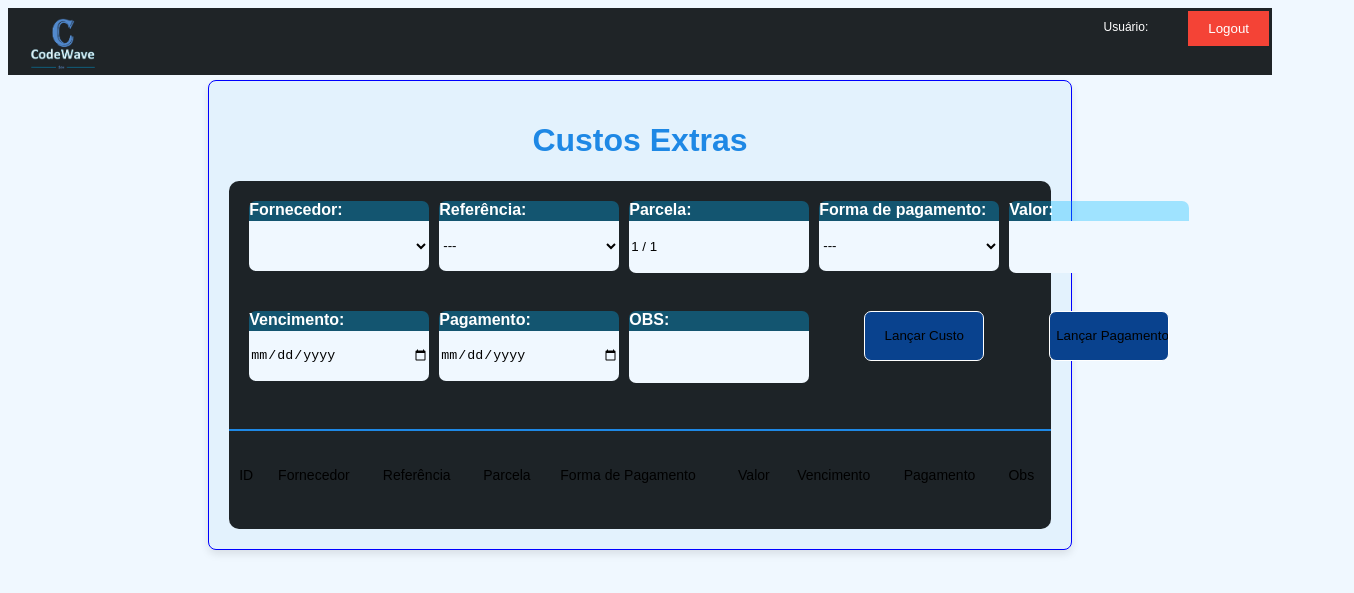
Repository: Romario-Brandao/CodeWave
Page: myproject/loja/templates/outras_despesas.html
These files come from the project's save history. The page is drawn as it stood at one moment and after the next save; the edit follows.
The browser window is 1280 px wide. The page is 1280 px wide, then 1354 px, so the pictures cover 1354 px, including what lies to the right of the window. The pictures show the whole page.
The template is drawn by Django 5.2. The application's start-up code is not run. The template is opened directly, without the code that normally fills it, so the values that code supplies are empty.

Above is the page before, as saved 2025-03-01 01:31:55.

After the next save:
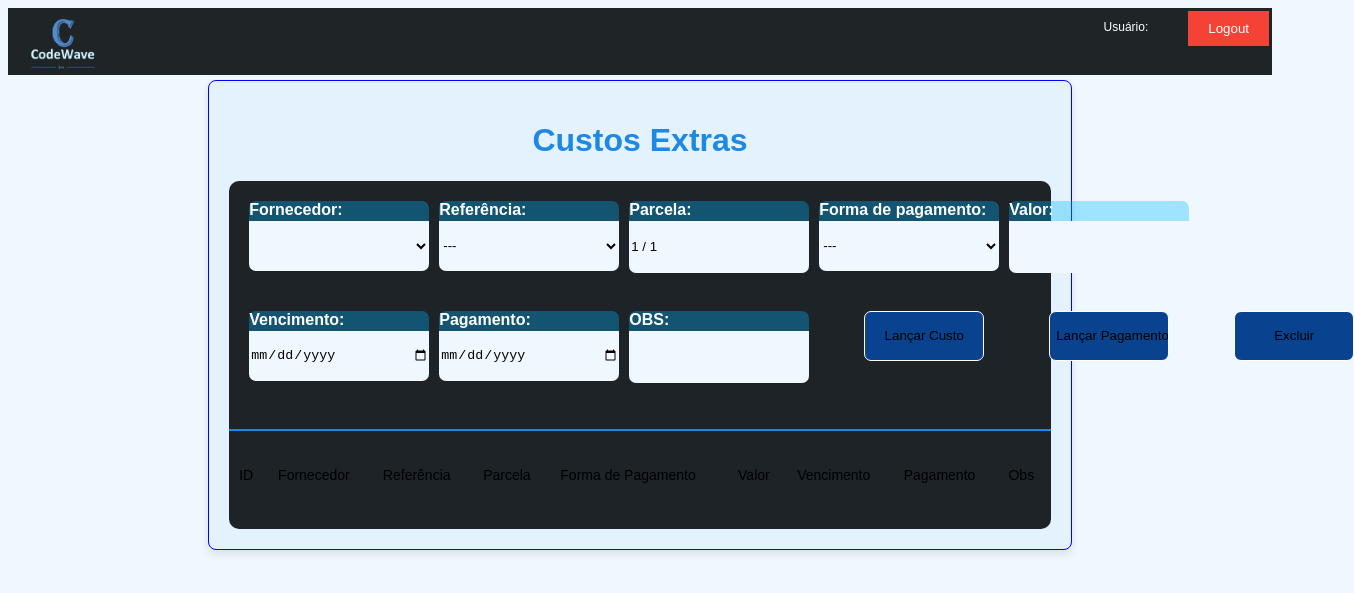
Saved 51 s later.
--- a/myproject/loja/templates/outras_despesas.html
+++ b/myproject/loja/templates/outras_despesas.html
@@ -66,6 +66,9 @@
       <div class="caixa_botoes">
         <input class="butao_servico" type="submit" name="acao" value="Lançar Pagamento">
       </div>
+      <div class="caixa_botoes">
+        <input class="butao_servico" type="submit" name="acao" value="Excluir">
+      </div>
     </div>
     <hr>
     <br>
